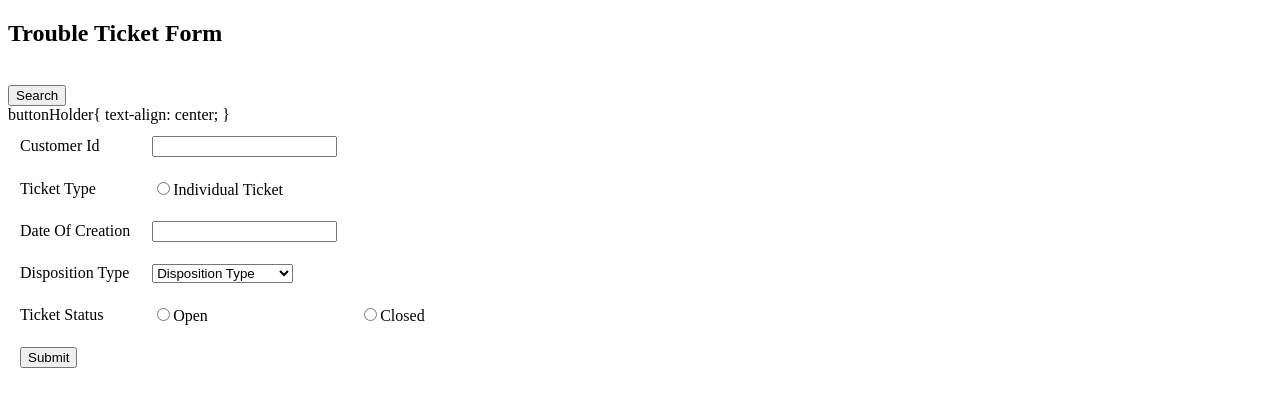
Repository: ApoorvaVeluri/JavaProject
Page: http://localhost/userinterface/Input.jsp
These files come from the project's save history. The page is drawn as it stood at one moment and after the next save; the edit follows.
The browser window is 1280 px wide. The pictures show the whole page.
The page is served by Tomcat 9.

Above is the page before, as saved 2015-08-20 11:15:47.

After the next save:
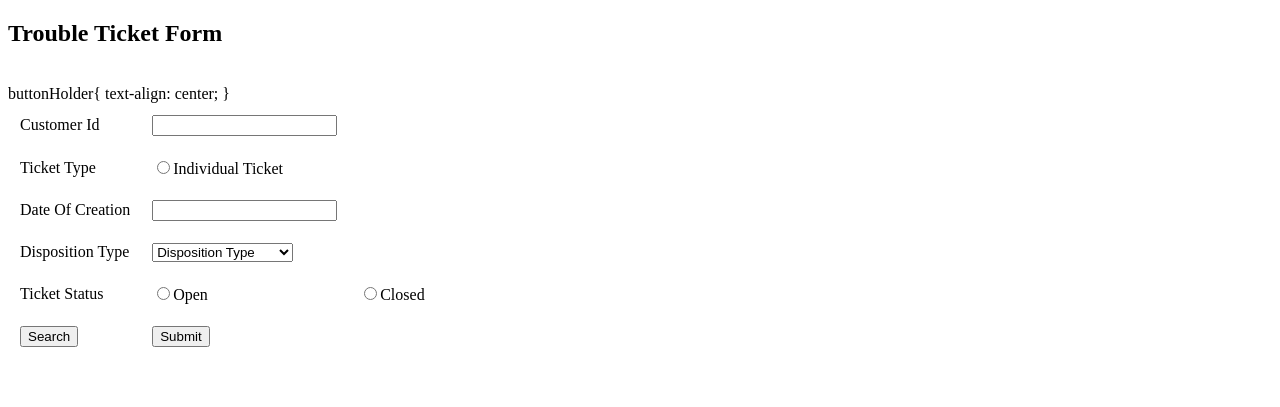
Saved 25 s later.
--- a/html/userinterface/WebContent/Input.jsp
+++ b/html/userinterface/WebContent/Input.jsp
@@ -49,12 +49,13 @@
 			</tr>
 
 			<tr>
-				<div class="buttonHolder">
+				<td><div class="buttonHolder">
 					<input value="Search" title="Search" type="submit" id="btn_s">
 					<td colspan="2"><input type="submit" value="Submit" id="btn_s" /></td>
+					buttonHolder{ text-align: center; }
 				</div>
 
-				buttonHolder{ text-align: center; }
+
 			</tr>
 
 
